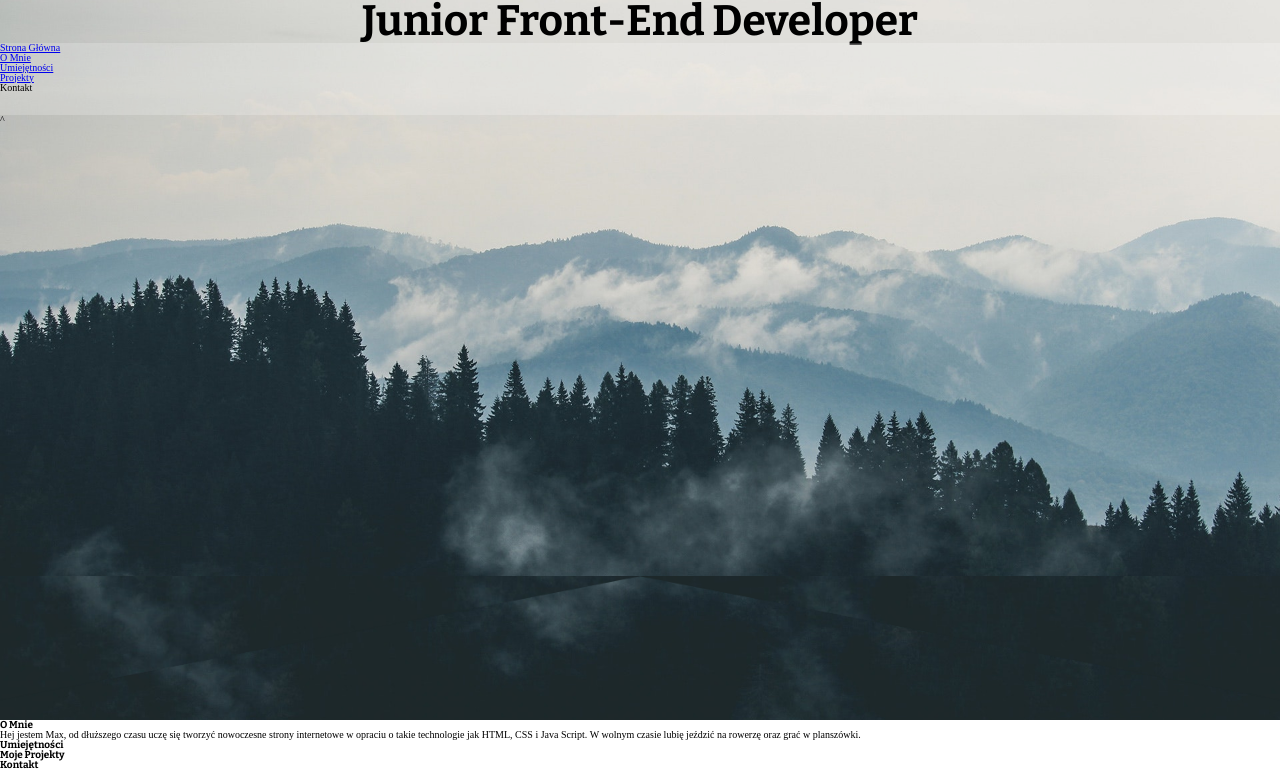
Repository: Maxs777/wizytowka
Page: index.html
These files come from the project's save history. The page is drawn as it stood at one moment and after a run of saves; the edit follows.
The browser window is 1280 px wide. The pictures show the whole page.

Above is the page before, as saved 2019-03-10 12:42:19.

After the next 3 saves:
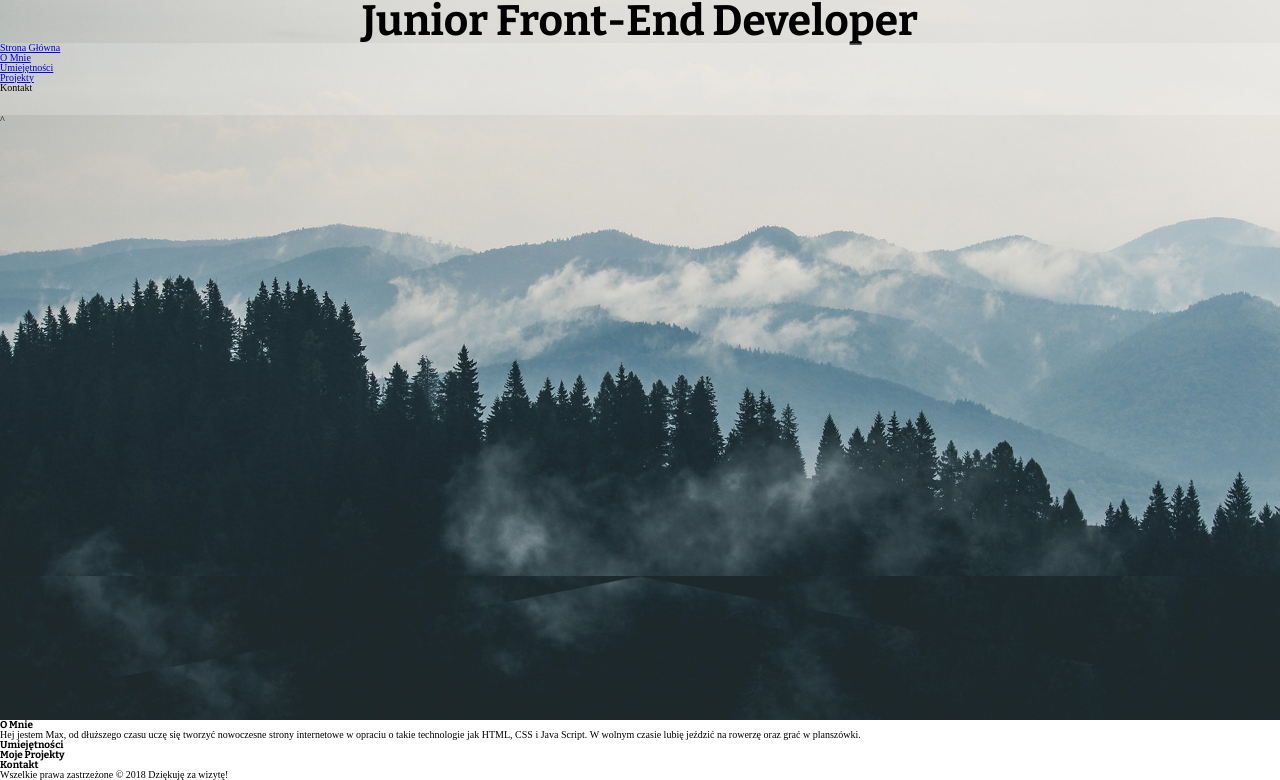
The 3 saves are shown as one change because they came seconds apart.
The last was saved 109 s later.
--- a/index.html
+++ b/index.html
@@ -51,7 +51,9 @@
             </section>
         </main>
        <footer>
-
+<p>Wszelkie prawa zastrzeżone &copy; 2018 Dziękuję za wizytę!
+    </div>
+</p>
        </footer>
    </div>
 </body>

After the 4 saves that followed:
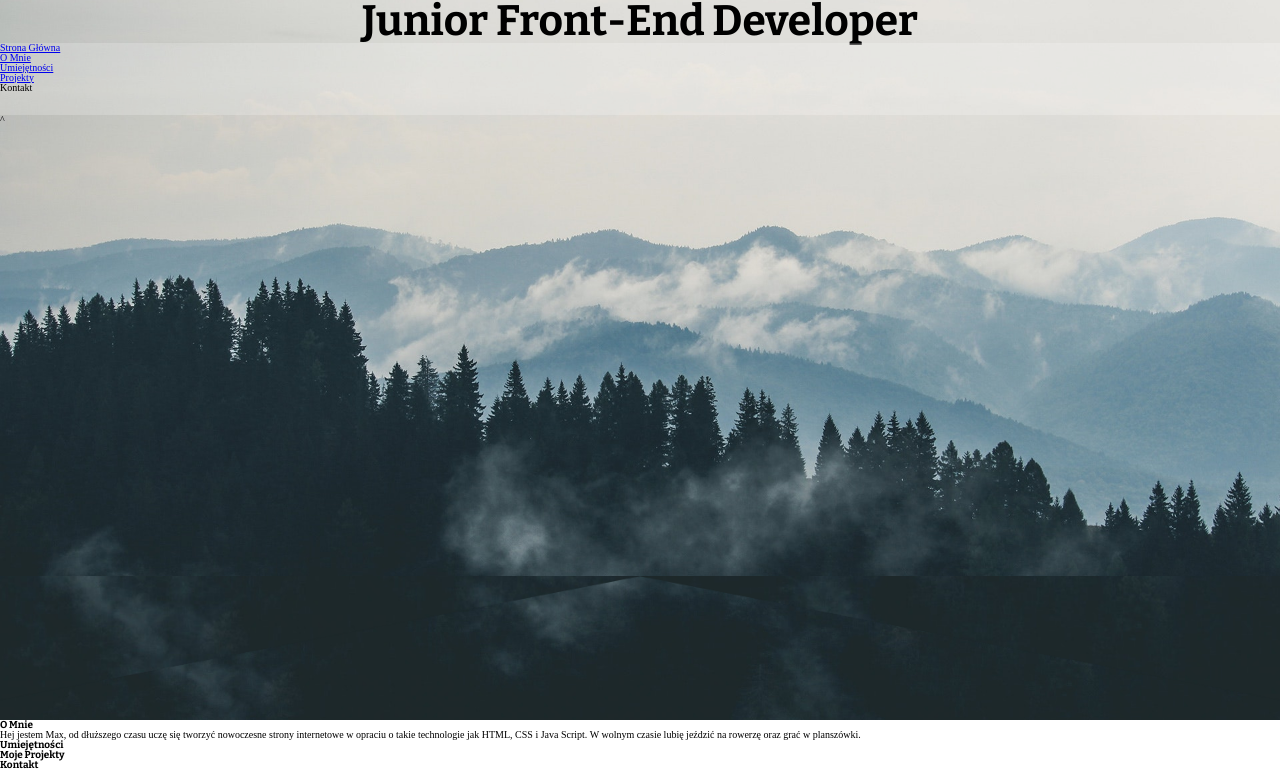
The 4 saves are shown as one change because they came seconds apart.
The last was saved 9 s later.
--- a/index.html
+++ b/index.html
@@ -51,9 +51,7 @@
             </section>
         </main>
        <footer>
-<p>Wszelkie prawa zastrzeżone &copy; 2018 Dziękuję za wizytę!
-    </div>
-</p>
+
        </footer>
    </div>
 </body>
